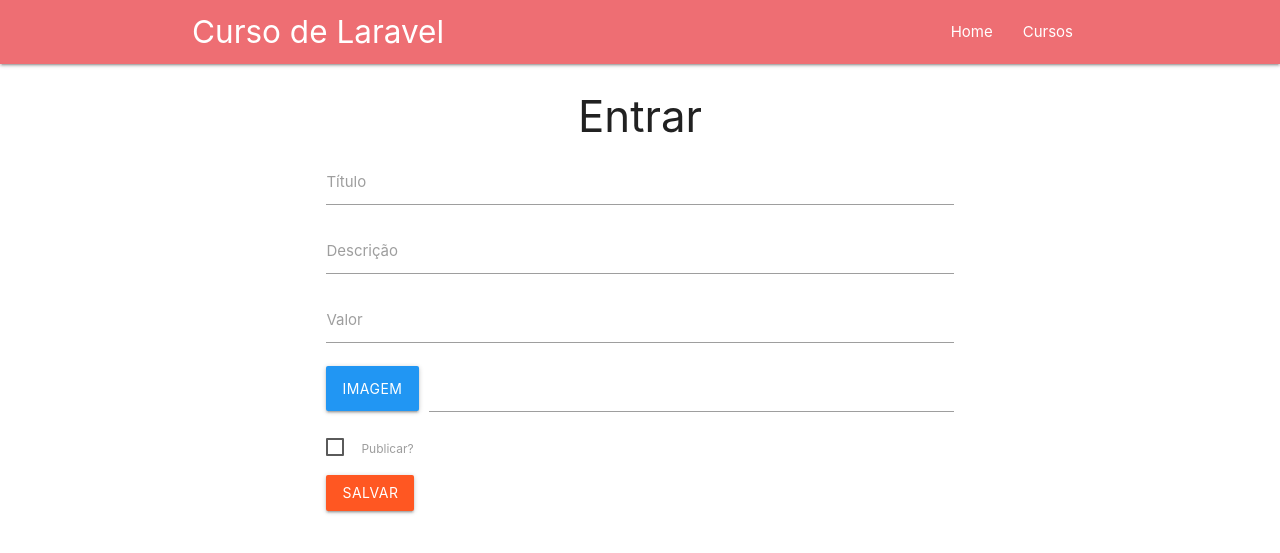
Repository: Kesteves1/Curso_Laravel
Page: http://localhost/login
These files come from the project's save history. The page is drawn as it stood at one moment and after the next save; the edit follows.
The browser window is 1280 px wide. The pictures show the whole page.
Some web libraries are served in a nearby version. The page is served by the project's Laravel application, run on PHP 8.4 with Laravel 8.

Above is the page before, as saved 2022-04-13 09:39:39.
Console error: TypeError: $(...).sideNav is not a function

After the next save:
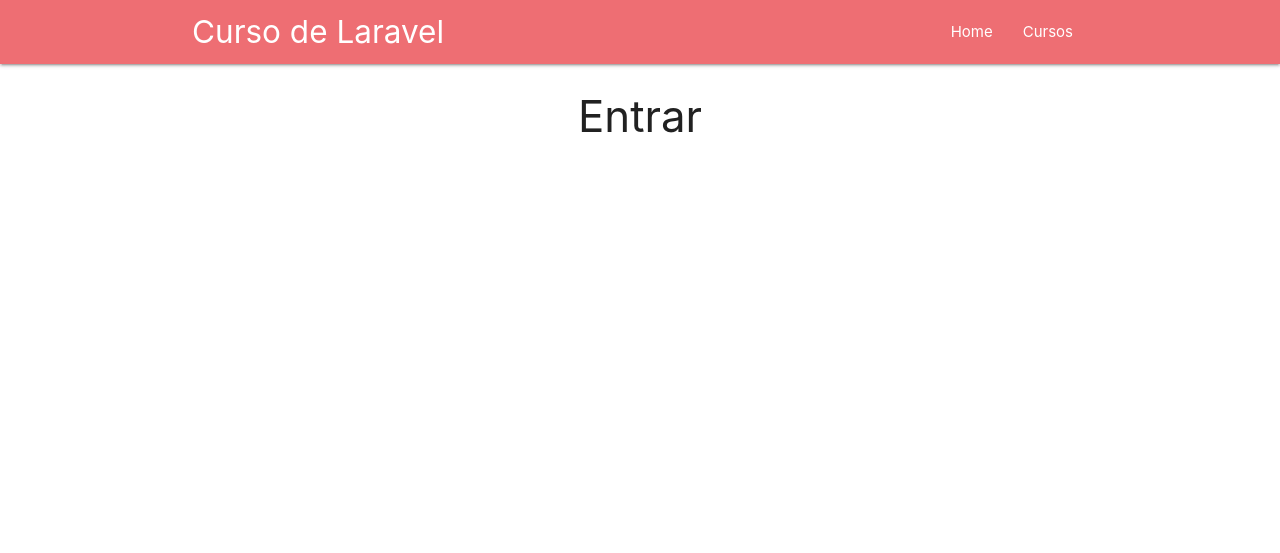
Saved 8 s later.
--- a/resources/views/login/index.blade.php
+++ b/resources/views/login/index.blade.php
@@ -8,7 +8,7 @@
             <div class="row">
                 <form class="" method="POST" enctype="multipart/form-data" action="{{route('admin.cursos.salvar')}}">
                         @csrf
-                        @include('admin.cursos._form')
+
 
                 </form>
             </div>
